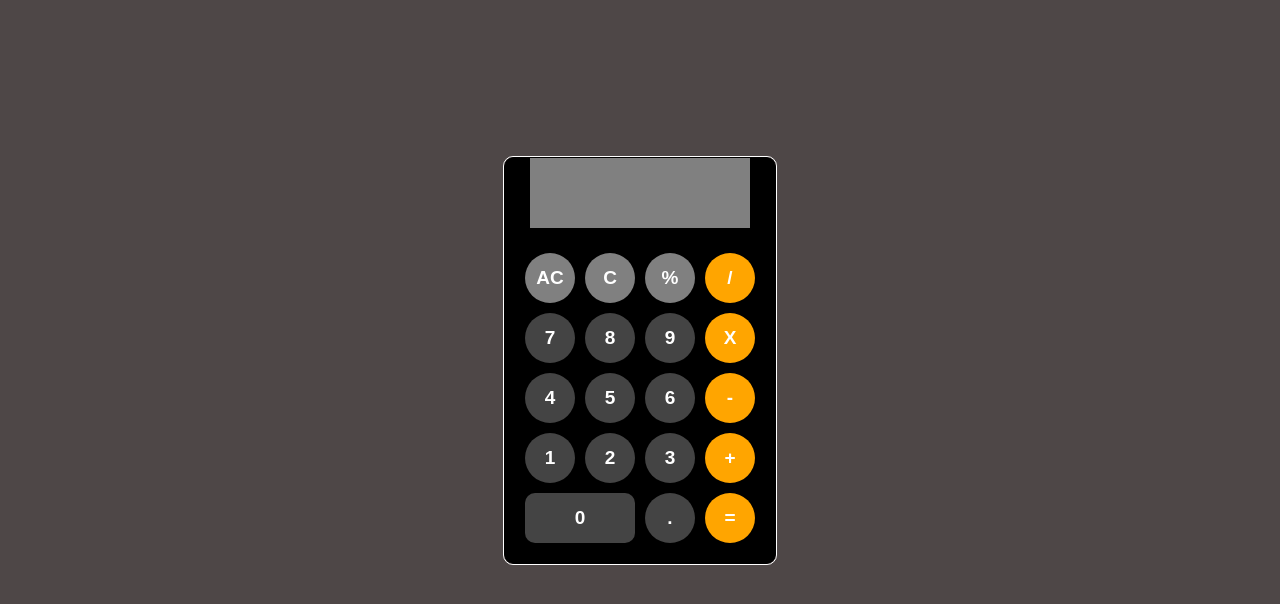
Repository: dmpelaez/calculator
Page: Calculator.html
An editor plug-in stored every save of this project. The page is shown before and after the next save, followed by the edit.
The browser window is 1280 px wide. The pictures show the whole page.

Above is the page before, as saved 2025-12-16 00:35:28.

### Calculator.html
<!DOCTYPE html>

  <html>
    <head>

      <title>Calculator</title>

      <!--CSS-->
      <link rel="stylesheet" href="Calculator.css">

    </head>
    <body>
      <!--Container-->
      <main class="container">

        <!--Sections-->
        <section class="Section">

          <!--Input section-->
          <input class="inputSection" name="display" value="" disabled>

          <!--Btns section-->
          <div class="btnSection">
            <button class="btn cancel">AC</button>
            <button class="btn signs">C</button>
            <button class="btn rmnder" onclick="appendNumber('%')">%</button>
            <button class="btn divide" onclick="appendNumber(' / ')">/</button>
            <button class="btn seven" onclick="appendNumber('7')">7</button>
            <button class="btn eight" onclick="appendNumber('8')">8</button>
            <button class="btn nine" onclick="appendNumber('9')">9</button>
            <button class="btn times" onclick="appendNumber(' * ')">X</button>
            <button class="btn four" onclick="appendNumber('4')">4</button>
            <button class="btn five" onclick="appendNumber('5')">5</button>
            <button class="btn six" onclick="appendNumber('6')">6</button>
            <button class="btn minus"  onclick="appendNumber(' - ')">-</button>
            <button class="btn one" onclick="appendNumber('1')">1</button>
            <button class="btn two" onclick="appendNumber('2')">2</button>
            <button class="btn three" onclick="appendNumber('3')">3</button>
            <button class="btn plus"  onclick="appendNumber(' + ')">+</button>
            <button class="btn zero" onclick="appendNumber('0')">0</button>
            <button class="btn dot" onclick="appendNumber('.')" >.</button>
            <button class="btn equal" onclick="equal()"">=</button>
          </div>
        </section>


      </main>

      <script src="Calculator.js"></script>
    </body>

  </html>

### Calculator.css
body {
  margin: 0;
  padding: 0;
  box-sizing: border-box;
  display: flex;
  align-items: center;
  justify-content: center;
  height: 100vh;
  background: rgb(78, 71, 71);
}

.container {
  border: 1px solid white;
  border-radius: 10px;
  overflow: hidden;
}

.Section {
display: flex;
flex-direction: column;
border: 1px solid black;
border-radius: 10px;
gap: 20px;
background: black;
align-items: center;
}
.inputSection {
  color: white;
  padding: 20px;
  padding-bottom: 0px;

  width: 180px;
  height: 50px;

  font-size: 19px;
  font-weight: bold;
  background: gray;
  border: none;

}
.btnSection {
  display: grid;
  grid-template-columns: 1fr 1fr 1fr 1fr;
  padding: 20px;
  gap: 10px;
  padding-top: 5px;
}
.btn {
  border: none;
  height: 50px;
  width: 50px;
  border-radius: 50%;
  font-weight: bold;
  Font-size: 19px;
  cursor: pointer;
  color: white;
  background: rgb(68, 68, 68);
}
.btn:hover {
  opacity: 0.8;
}
.btn:active {
  opacity: 1;
}

.equal {
  grid-column: 4
}
.dot {
  grid-column: 3
}
.zero {
  grid-row: 5;
  grid-column: 1 / 2 span;
  background: white;
  width: auto;
  border-radius: 10px;
  background: rgb(68, 68, 68);
}
.cancel,
.signs,
.rmnder {
  background: gray;
}
.divide,
.times,
.minus,
.plus,
.equal {
  background: orange;
}

### Calculator.js

let answer = '';


function appendNumber(num) {
  answer += num;

  document.querySelector('.inputSection')
  .value = answer;
};


document.querySelector('.cancel')
.addEventListener('click', () => {
    answer = '';
    document.querySelector('.inputSection')
    .value = answer;
})

document.querySelector('.signs')
.addEventListener('click', () => {
  const value = document.querySelector('.inputSection').value.slice(0, -1);
  document.querySelector('.inputSection').value = value;
  answer = value;

});


function equal() {
  document.querySelector('.equal')
  .addEventListener('click', () => {
    try {
      answer = eval(answer);
      document.querySelector('.inputSection').value = answer;
    } catch {
      document.querySelector('.inputSection').value = "Error";
    }
  })
}

After the next save:
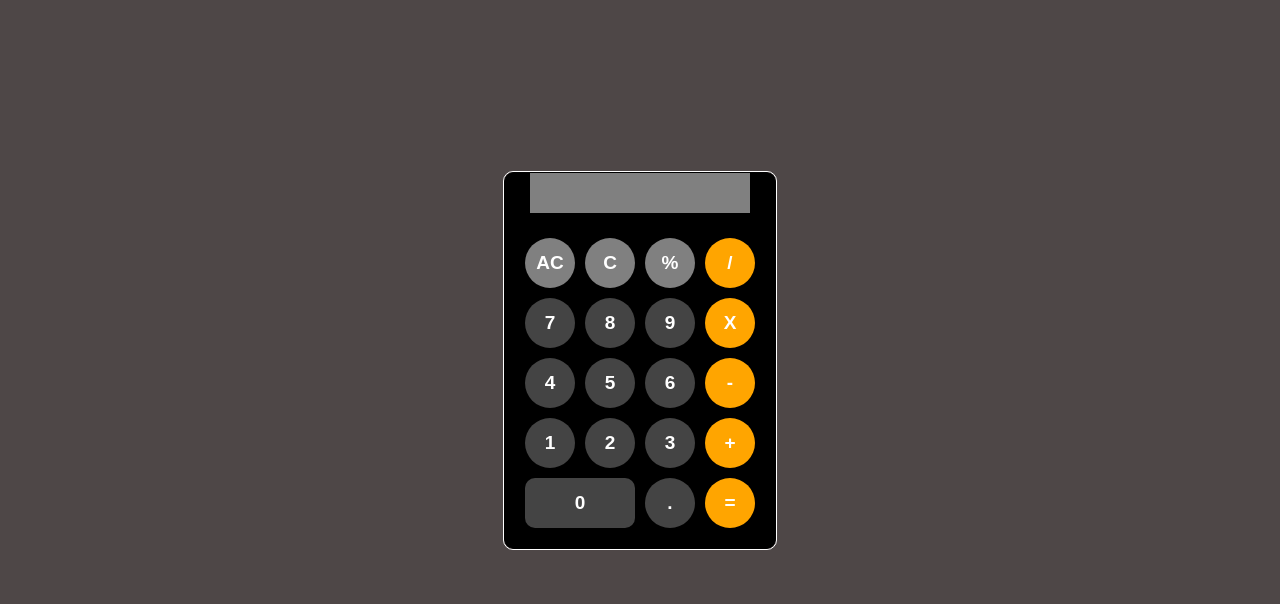
Saved 13 s later.
--- a/Calculator.css
+++ b/Calculator.css
@@ -30,7 +30,7 @@ align-items: center;
   padding-bottom: 0px;
 
   width: 180px;
-  height: 50px;
+  height: 20px;
 
   font-size: 19px;
   font-weight: bold;
